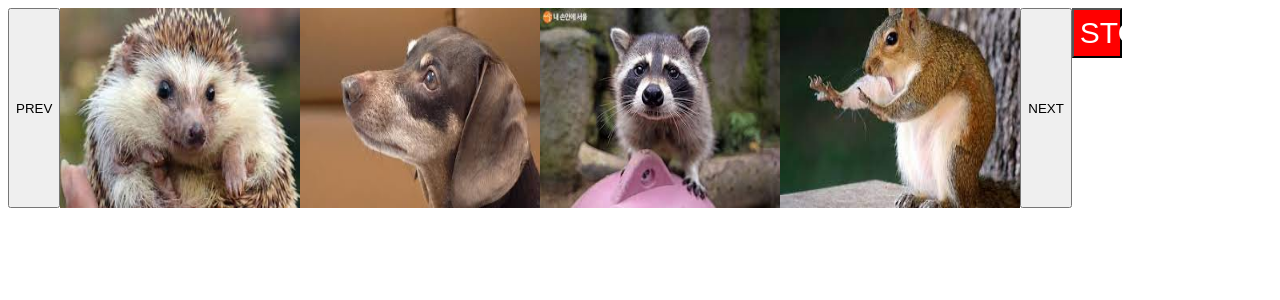
Repository: cdj6995/Web
Page: Lecture-Web/src/main/webapp/jquery/exam07.html
An editor plug-in stored every save of this project. The page is shown before and after the next save, followed by the edit.
The browser window is 1280 px wide. The pictures show the whole page.

Above is the page before, as saved 2022-05-31 01:11:09.

### Lecture-Web/src/main/webapp/jquery/exam07.html
<!DOCTYPE html>
<html>
<head>
	<meta charset="UTF-8">
	<title>Insert title here</title>
	<style>
		img{
			width : 240px;
			height : 200px;
			float: left;
		}

		button{
			height : 200px;
			float : left;
		}

		#stop{
			width : 50px;
			height : 50px;
			background-color: red;
			color : white;
			font-size: 30px
		}


	</style>
	<script src="https://code.jquery.com/jquery-3.6.0.js"></script>
	<script>
		$(document).ready(function() {

			$('#preBtn').click(function() {
				$('img').first().appendTo('span')
			})

			$('#nextBtn').click(function() {
				$('img').last().prependTo('span')
			})

			let loop = setInterval(() => {
				$('#nextBtn').trigger('click')
			}, 1500);

			$("#stop").click(() => {
				clearInterval(loop);
			})

		})
	</script>
</head>
<body>
	<button id="preBtn">PREV</button>
	<span>
		<img src="image/사진01.jpg">
		<img src="image/사진02.jpg">
		<img src="image/사진03.jpg">
		<img src="image/사진04.jpg">
	</span>
	<button id="nextBtn">NEXT</button>
	<button id = "stop">STOP</button>
</body>
</html>

After the next save:
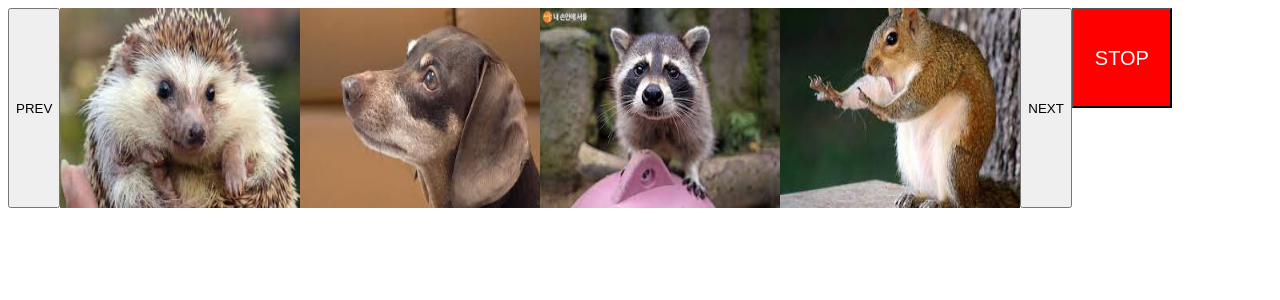
Saved 48 s later.
--- a/Lecture-Web/src/main/webapp/jquery/exam07.html
+++ b/Lecture-Web/src/main/webapp/jquery/exam07.html
@@ -16,11 +16,11 @@
 		}
 
 		#stop{
-			width : 50px;
-			height : 50px;
+			width : 100px;
+			height : 100px;
 			background-color: red;
 			color : white;
-			font-size: 30px
+			font-size: 20px
 		}
 
 
